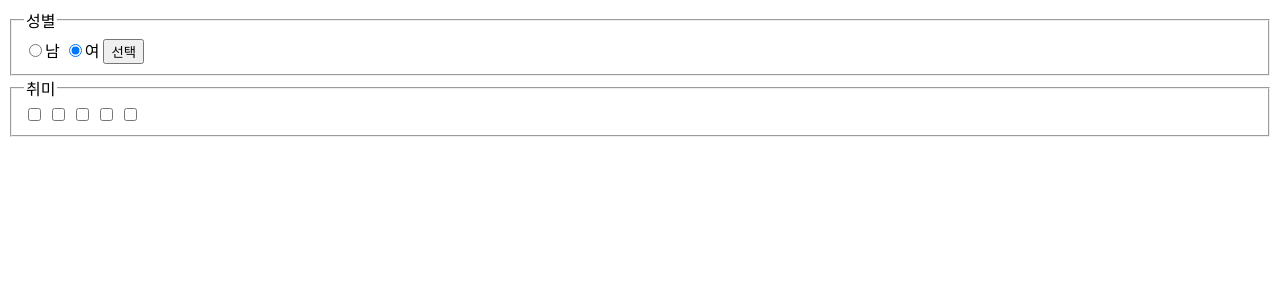
Repository: sunday1284/03_Web
Page: WebPro/src/main/webapp/1028/rdo_chk.html
These files come from the project's save history. The page is drawn as it stood at one moment and after the next save; the edit follows.
The browser window is 1280 px wide. The pictures show the whole page.

Above is the page before, as saved 2024-10-29 05:22:01.

After the next save:
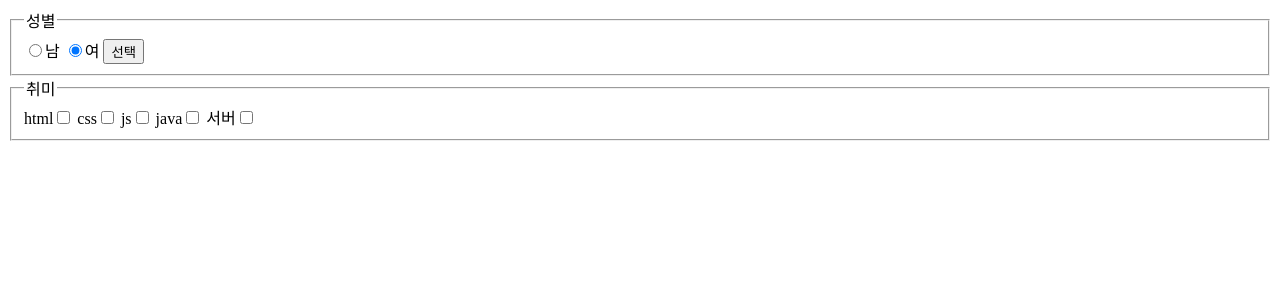
Saved 46 s later.
--- a/WebPro/src/main/webapp/1028/rdo_chk.html
+++ b/WebPro/src/main/webapp/1028/rdo_chk.html
@@ -13,11 +13,11 @@
 	</fieldset>
 	<fieldset>
 		<legend>취미</legend>
-		<input type = "checkbox" value="HTML">
-		<input type = "checkbox" value="CSS">
-		<input type = "checkbox" value="JAVASCRIPT">
-		<input type = "checkbox" value="JAVA">
-		<input type = "checkbox" value="SERVER">
+		html<input type = "checkbox" value="HTML">
+		css<input type = "checkbox" value="CSS">
+		js<input type = "checkbox" value="JAVASCRIPT">
+		java<input type = "checkbox" value="JAVA">
+		서버<input type = "checkbox" value="SERVER">
 	</fieldset>
 	<script>
 	function chkRdo(){
